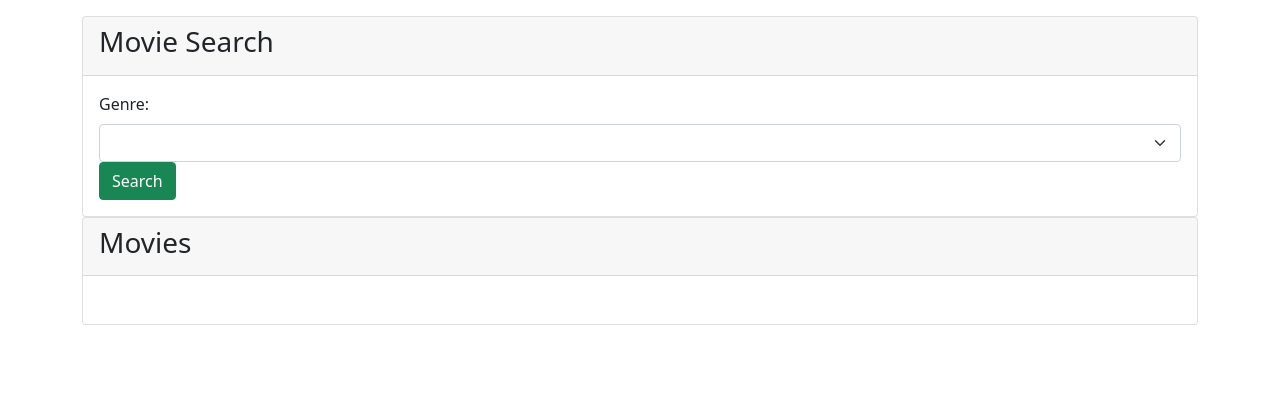
Repository: deepcloudlabs/dcl372-2022-jan-04
Page: imdb-boot/src/main/webapp/index.html
The author's editor kept a copy of each file at every save. The page is drawn from the files as they stood at one save, then again after the next save.
The browser window is 1280 px wide. The pictures show the whole page.
The page's requests for data from a server got no answer.

Above is the page before, as saved 2022-01-04 19:27:53.

### imdb-boot/src/main/webapp/index.html
<html>

<head>
	<title>Movie Search Page</title>
	<link href="https://cdn.jsdelivr.net/npm/bootstrap@5.1.3/dist/css/bootstrap.min.css" rel="stylesheet"
		crossorigin="anonymous">
	<script src="https://cdn.jsdelivr.net/npm/bootstrap@5.1.3/dist/js/bootstrap.bundle.min.js"
		crossorigin="anonymous"></script>
	<script src="js/lib/knockout-3.5.1.js"></script>
	<script src="js/imdb.js"></script>
</head>
<p>
<div class="container">
	<div class="card">
		<div class="card-header">
			<h3><span class="card-title">Movie Search</span></h3>
		</div>
		<div class="card-body">
			<div class="form-group">
				<label class="form-label" for="genre">Genre:</label>
				<select data-bind="options: genres, optionsText: 'name', value: genre" class="form-select" id="genre">
				</select>
			</div>
			<div class="form-group">
				<button data-bind="click: search" class="btn btn-success">Search</button>
			</div>
		</div>
	</div>
	<div class="card">
		<div class="card-header">
			<h3><span class="card-title">Movies</span></h3>
		</div>
		<div class="card-body">
		<table class="table table-bordered table-responsive table-striped">
		</table>
		</div>
	</div>
</div>

<body>

</body>

</html>

### imdb-boot/src/main/webapp/js/imdb.js
class ImdbViewModel {
	constructor() {
		this.genres = ko.observableArray([]);
		this.genre = ko.observable();
		this.movies = ko.observableArray([]);
	}

	init = () => {
		fetch("http://localhost:8100/imdb/api/v1/genres",{
			headers: {
				"Accept": "application/json"
			}
		})
		.then( res => res.json())
		.then( genres => {
			genres.sort((left,right) => left.name.localeCompare(right.name));
			this.genres(genres);
		});
	}

	search = () => {

	}
}

let imdbViewModel = new ImdbViewModel();

window.onload = () => {
	ko.applyBindings(imdbViewModel);
	imdbViewModel.init();
}

Loaded but not shown: imdb-boot/src/main/webapp/js/lib/knockout-3.5.1.js (library)

After the next save:
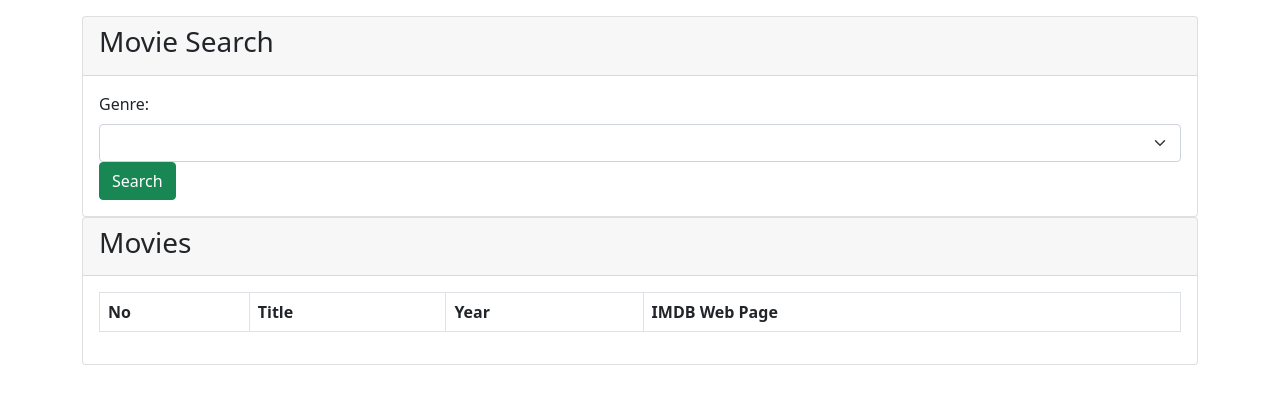
Saved 2 min 27 s later.
--- a/imdb-boot/src/main/webapp/index.html
+++ b/imdb-boot/src/main/webapp/index.html
@@ -32,6 +32,16 @@
 		</div>
 		<div class="card-body">
 		<table class="table table-bordered table-responsive table-striped">
+			<thead>
+				<tr>
+					<th>No</th>
+					<th>Title</th>
+					<th>Year</th>
+					<th>IMDB Web Page</th>
+				</tr>
+			</thead>
+			<tbody>
+			</tbody>
 		</table>
 		</div>
 	</div>
